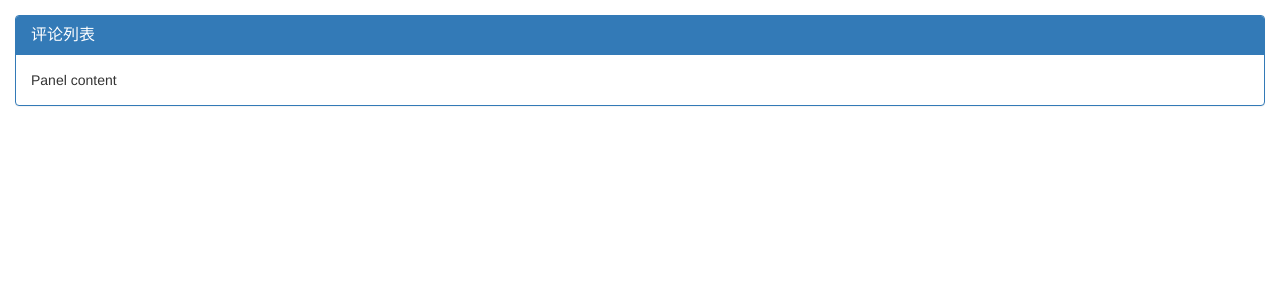
Repository: R1Deemo/ajax
Page: 评论列表.html
These files come from the project's save history. The page is drawn as it stood at one moment and after the next save; the edit follows.
The browser window is 1280 px wide. The pictures show the whole page.

Above is the page before, as saved 2022-10-26 10:10:37.

After the next save:
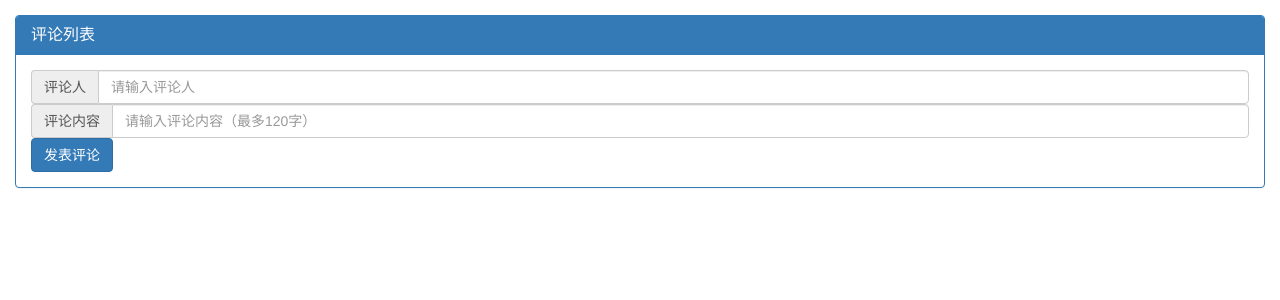
Saved 2 min 14 s later.
--- a/评论列表.html
+++ b/评论列表.html
@@ -18,7 +18,20 @@
                 <h3 class="panel-title">评论列表</h3>
             </div>
             <div class="panel-body">
-                Panel content
+
+                <div class="input-group">
+                    <div class="input-group-addon">评论人</div>
+                    <input type="text" class="form-control" id="exampleInputAmount" placeholder="请输入评论人">
+                </div>
+                <div class="input-group">
+                    <div class="input-group-addon">评论内容</div>
+                    <input type="text" class="form-control" id="exampleInputAmount" placeholder="请输入评论内容（最多120字）">
+                </div>
+
+
+                <button type="button" class="btn btn-primary">发表评论</button>
+
+
             </div>
         </div>
 
